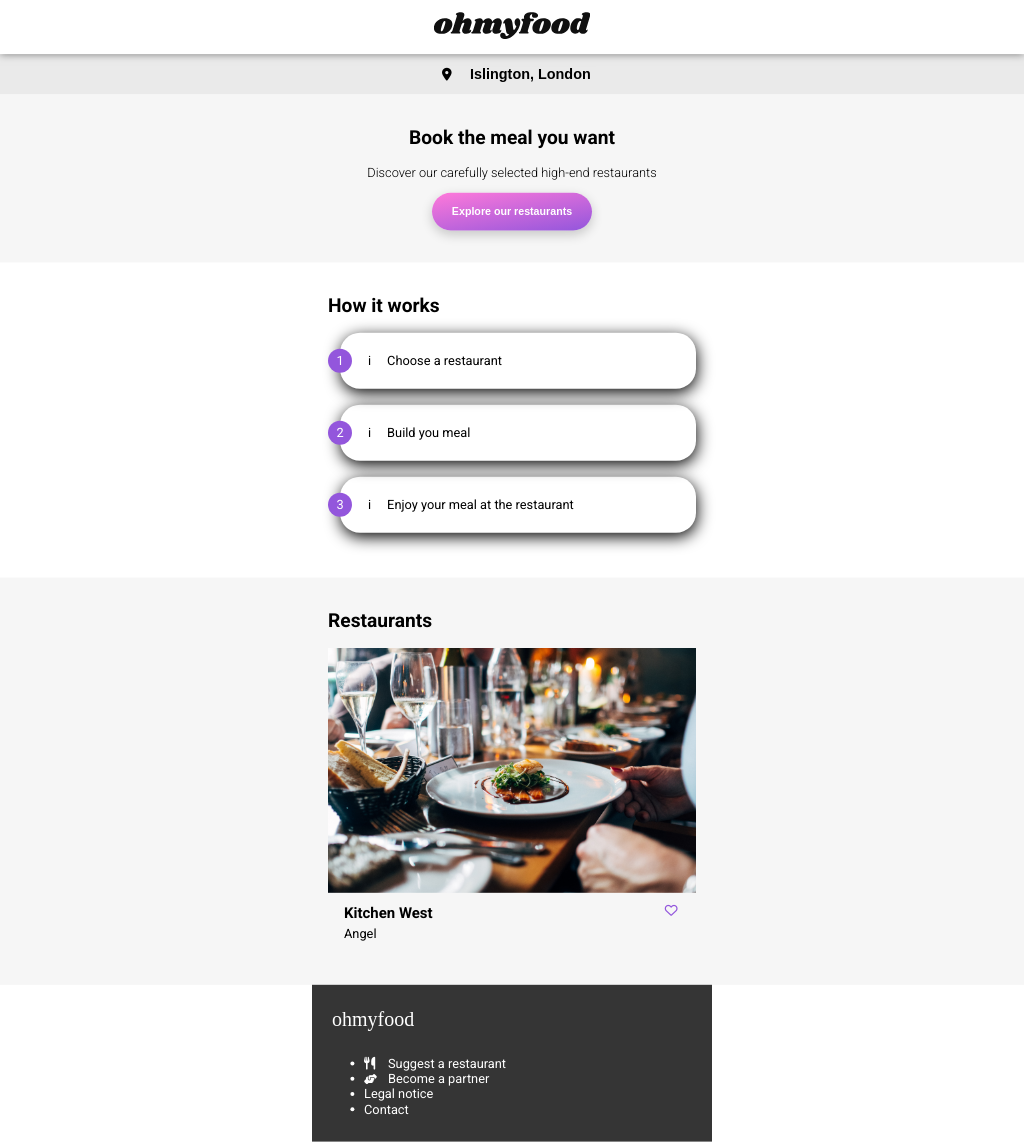
Repository: R1ptou/Project-3
Page: index.html
These files come from the project's save history. The page is drawn as it stood at one moment and after the next save; the edit follows.
The browser window is 1280 px wide. The pictures show the whole page, at 80% of full size.
Some web fonts or font styles are not loaded; a fallback is used. The style sheet was rebuilt from its Sass, Less or Tailwind sources for each picture, by a compiler version that may differ from the author's.

Above is the page before, as saved 2024-03-25 11:48:54.

After the next save:
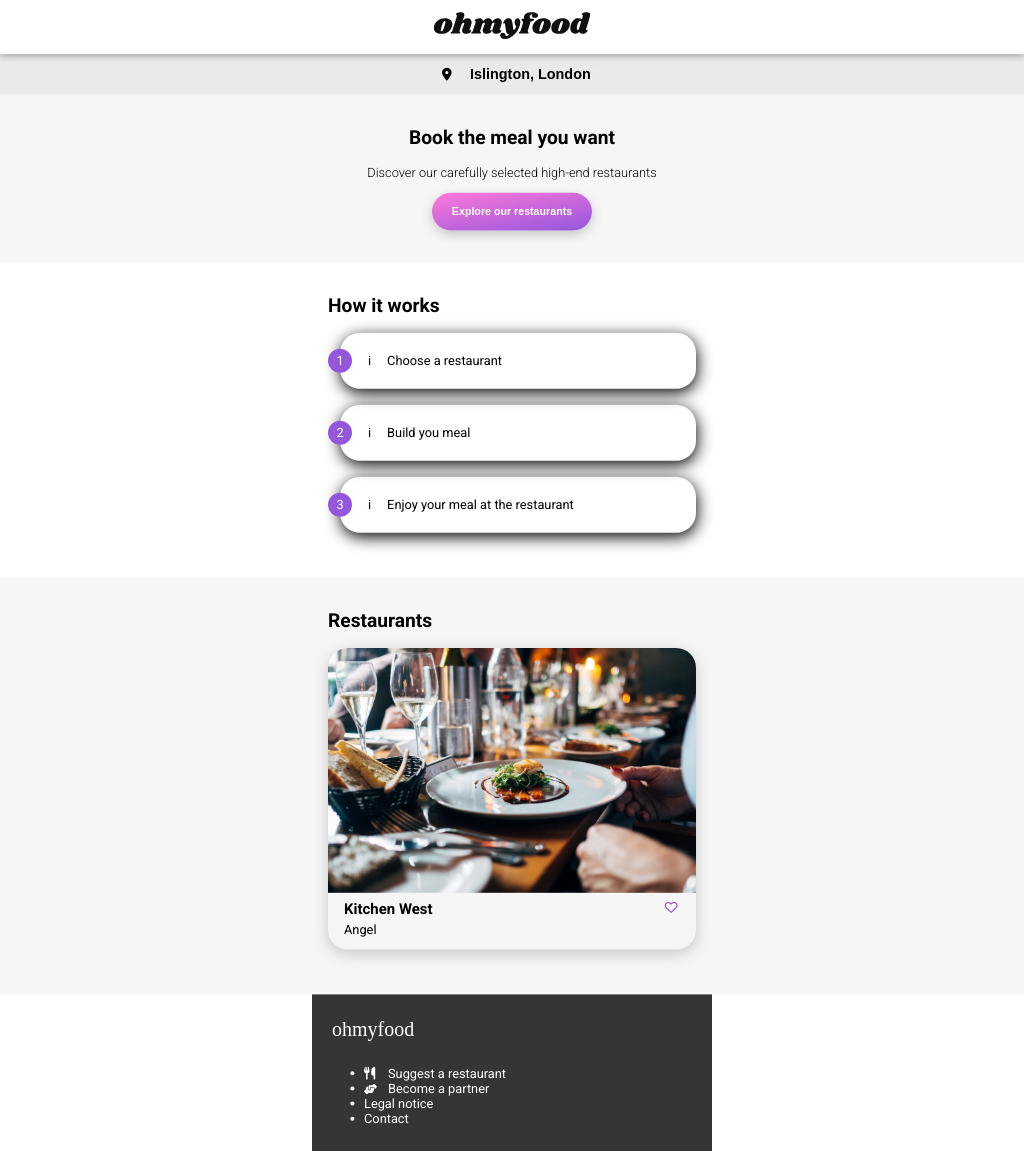
Saved 6 s later.
--- a/index.html
+++ b/index.html
@@ -59,7 +59,7 @@
             <div class="container">
                 <h2 class="headline">Restaurants</h2>
 
-                <a href="#" class="card-rest">
+                <a href="#" class="card">
                     <img class="card-img" src="./Images%20and%20text%20Ohmyfood/images/restaurants/jay-wennington-N_Y88TWmGwA-unsplash.jpg" alt="">
                     <div class="card-row">
                         <div class="card-content">
